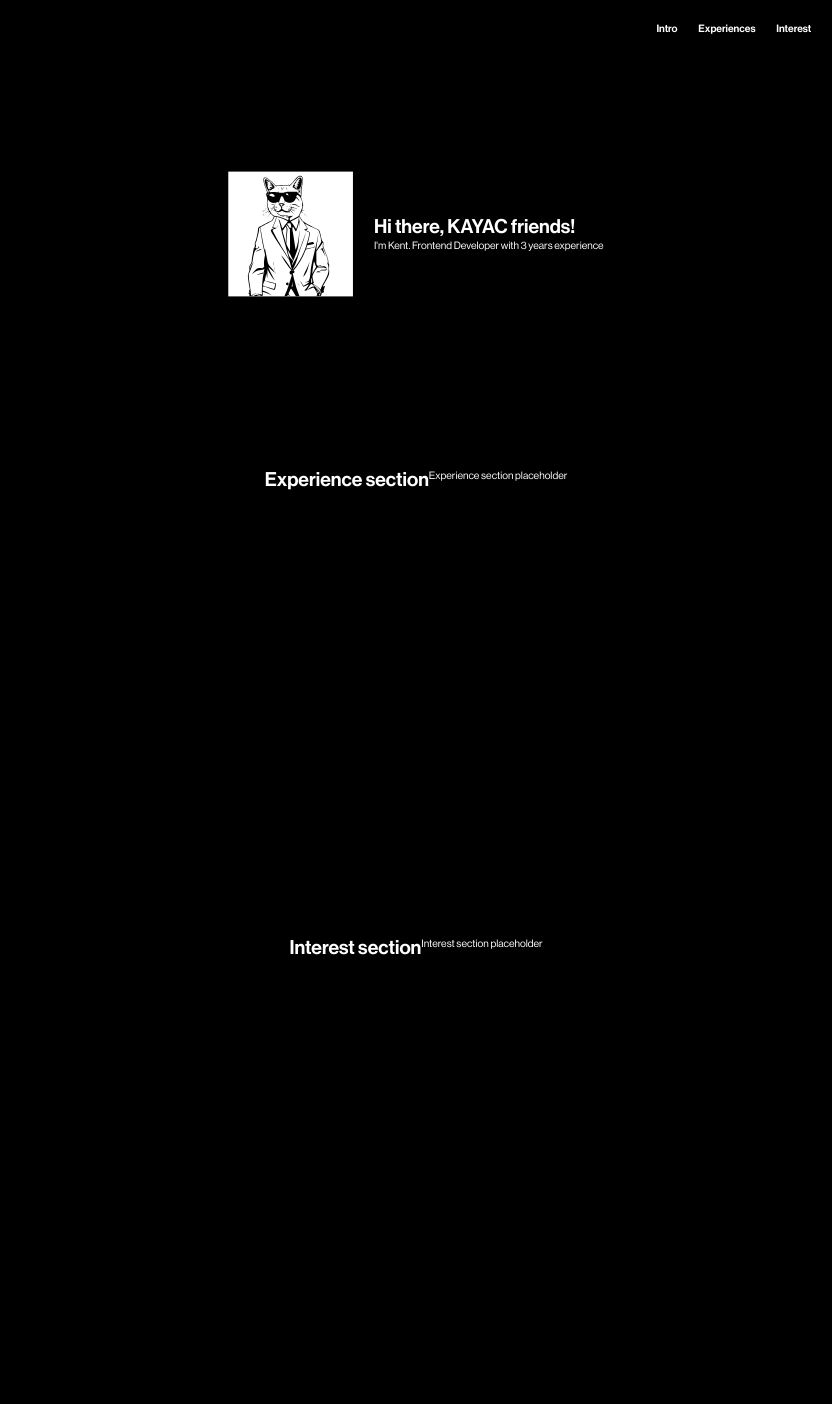
Repository: kentnathaniel/kayac-presentation
Page: /
The author's editor kept a copy of each file at every save. The page is drawn from the files as they stood at one save, then again after the next save.
The browser window is 1280 px wide. The pictures show the whole page, at 65% of full size.
The project was rebuilt for these pictures with package versions that can differ from the ones it lists, and the page was loaded fresh each time. Also part of the build but not shown: vite.config.ts.

Above is the page before, as saved 2024-09-14 09:23:18.

### src/App.tsx
import SmartCat from "./assets/smart-cat-suits.svg?react";

function App() {
  return (
    <div className="flex flex-col min-h-screen overflow-x-hidden">
      <nav className="flex w-screen fixed top-0 gap-8 p-8 justify-end">
        <a className="cursor-pointer">Intro</a>
        <a className="cursor-pointer">Experiences</a>
        <a className="cursor-pointer">Interest</a>
      </nav>

      <div className="flex justify-center mx-auto h-screen overflow-x-hidden">
        <div className="flex h-fit gap-8 items-center my-auto">
          <div className="bg-white w-fit">
            <SmartCat className="text-white w-48 h-48" />
          </div>
          <div>
            <h1 className="text-3xl text-left">Hi there, KAYAC friends!</h1>
            <p className="font-thin">
              I'm Kent. Frontend Developer with 3 years experience
            </p>
          </div>
        </div>
      </div>

      <div className="flex justify-center h-screen overflow-x-hidden">
        <h1 className="text-3xl text-left">Experience section</h1>
        <p className="font-thin">Experience section placeholder</p>
      </div>

      <div className="flex justify-center h-screen overflow-x-hidden">
        <h1 className="text-3xl text-left">Interest section</h1>
        <p className="font-thin">Interest section placeholder</p>
      </div>
    </div>
  );
}

export default App;

### src/index.css
@tailwind base;
@tailwind components;
@tailwind utilities;

body {
  background-color: black;
  color: white;
}

/* Thin */
@font-face {
  font-family: "Neue-Haas-Grotesk";
  src: url("./assets/fonts/NeueHaasDisplayRoman.ttf") format("truetype");
  font-weight: 300;
  font-style: normal;
}

@font-face {
  font-family: "Neue-Haas-Grotesk";
  src: url("./assets/fonts/NeueHaasDisplayRomanItalic.ttf") format("truetype");
  font-weight: 300;
  font-style: italic;
}

/* Mediums */
@font-face {
  font-family: "Neue-Haas-Grotesk";
  src: url("./assets/fonts/NeueHaasDisplayMedium.ttf") format("truetype");
  font-weight: 400;
  font-style: normal;
}

@font-face {
  font-family: "Neue-Haas-Grotesk";
  src: url("./assets/fonts/NeueHaasDisplayMediumItalic.ttf") format("truetype");
  font-weight: 400;
  font-style: italic;
}

/* Bolds */
@font-face {
  font-family: "Neue-Haas-Grotesk";
  src: url("./assets/fonts/NeueHaasDisplayBold.ttf") format("truetype");
  font-weight: 700;
  font-style: normal;
}

@font-face {
  font-family: "Neue-Haas-Grotesk";
  src: url("./assets/fonts/NeueHaasDisplayBoldItalic.ttf") format("truetype");
  font-weight: 700;
  font-style: italic;
}

body {
  font-family: "Neue-Haas-Grotesk", Arial, Helvetica, sans-serif;
}

### tailwind.config.ts
/** @type {import('tailwindcss').Config} */
export default {
  content: ["./index.html", "./src/**/*.{js,ts,jsx,tsx}"],
  theme: {
    extend: {
      fontFamily: {
        custom: ["Neue-Haas-Grotesk"],
      },
    },
  },
  plugins: [],
};

Loaded but not shown: index.html (common file); src/main.tsx (common file)

After the next save:
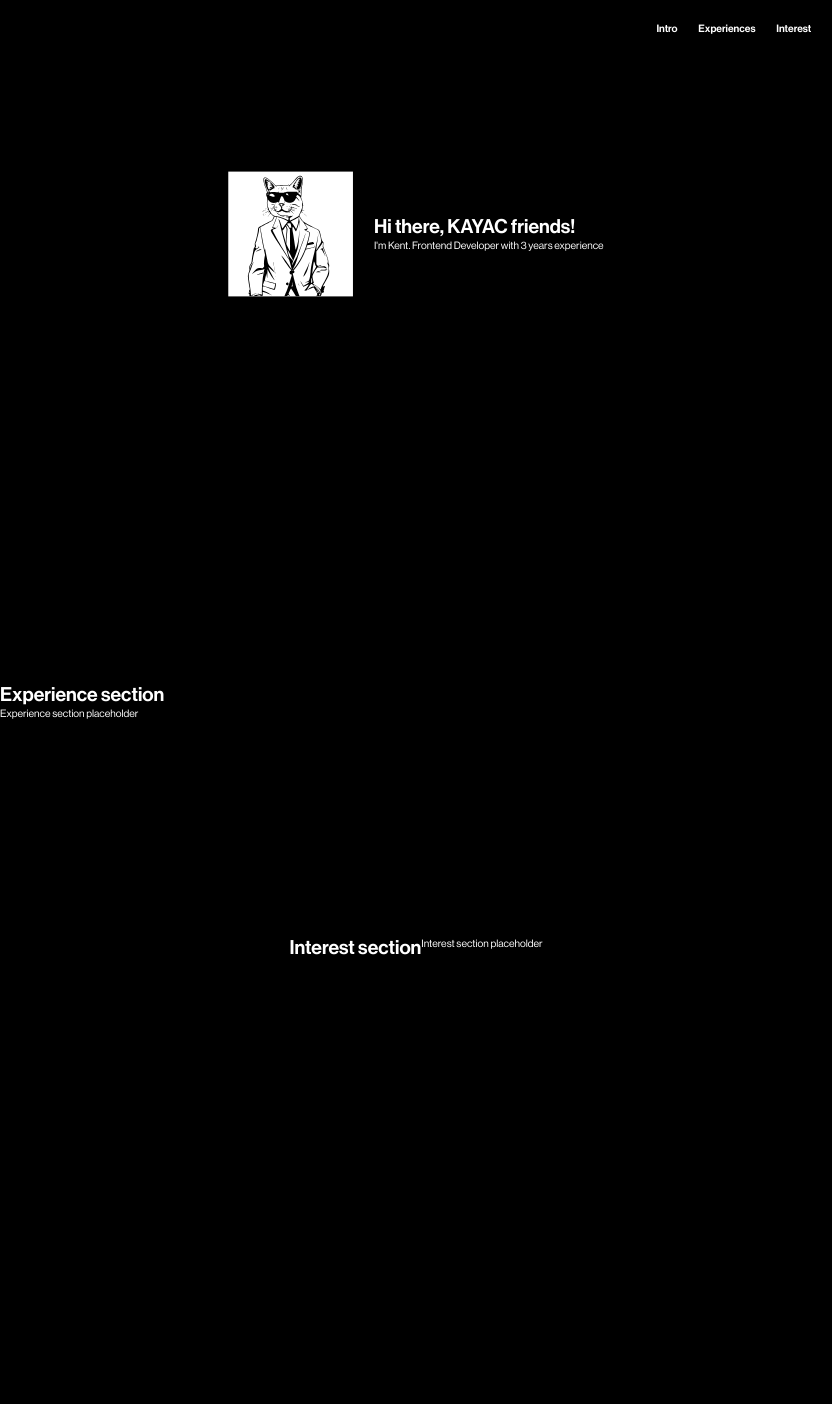
Saved 14 s later.
--- a/src/App.tsx
+++ b/src/App.tsx
@@ -23,7 +23,7 @@
         </div>
       </div>
 
-      <div className="flex justify-center h-screen overflow-x-hidden">
+      <div className="flex flex-col justify-center h-screen overflow-x-hidden">
         <h1 className="text-3xl text-left">Experience section</h1>
         <p className="font-thin">Experience section placeholder</p>
       </div>

After the save that followed:
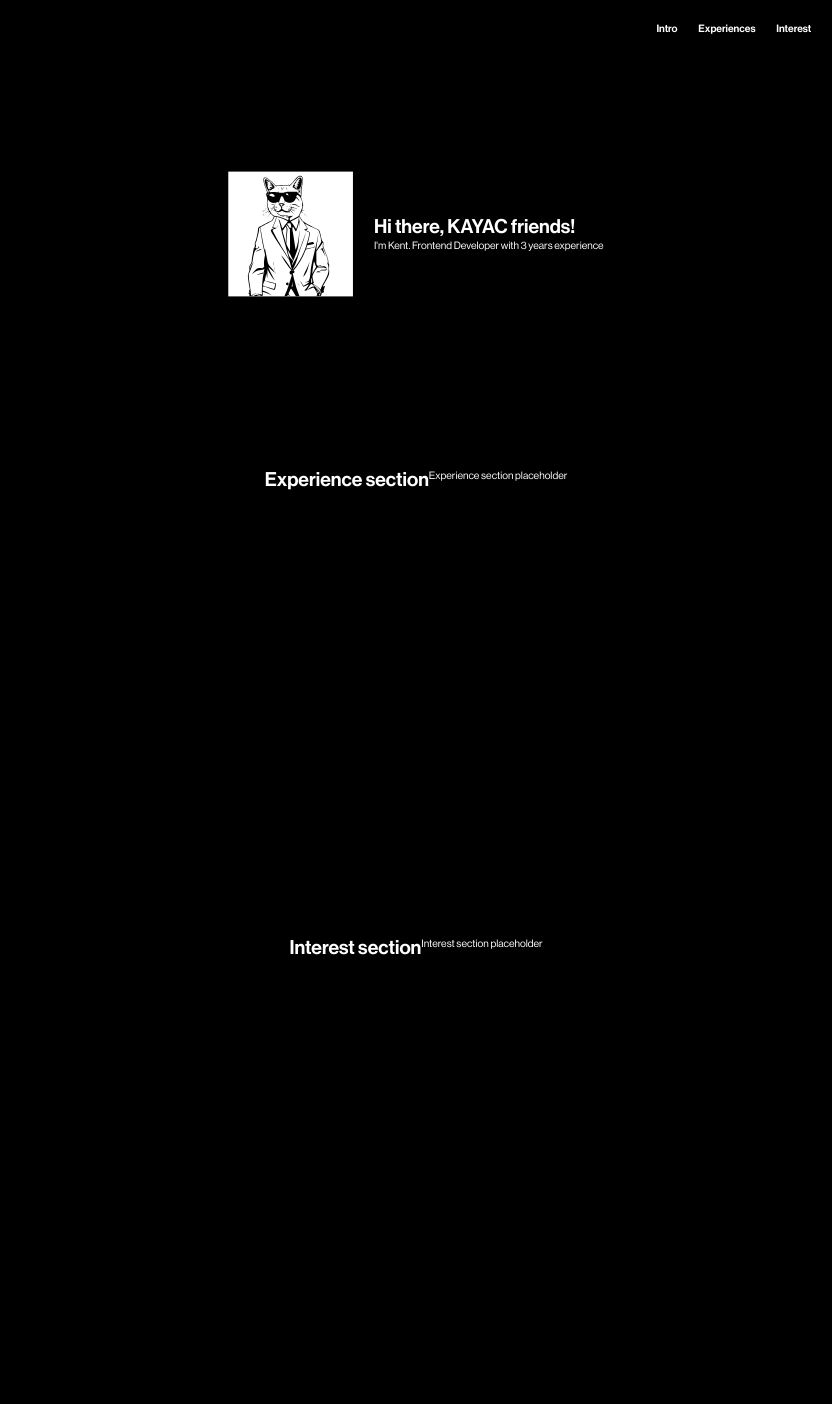
Saved 7 s later.
--- a/src/App.tsx
+++ b/src/App.tsx
@@ -23,7 +23,7 @@
         </div>
       </div>
 
-      <div className="flex flex-col justify-center h-screen overflow-x-hidden">
+      <div className="flex justify-center h-screen overflow-x-hidden">
         <h1 className="text-3xl text-left">Experience section</h1>
         <p className="font-thin">Experience section placeholder</p>
       </div>
